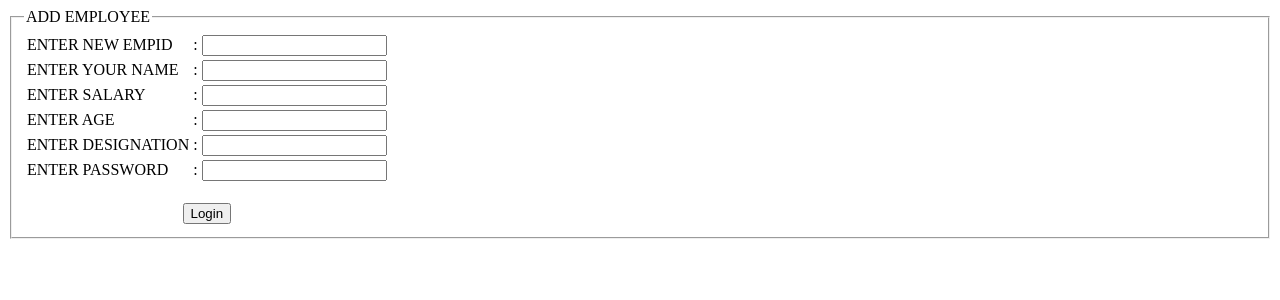
Repository: anishhegde14/TY_CG_HTD_BangaloreNovember_JFS_ANISHHEGDE
Page: ServletsandSprings/mywebapp/src/main/webapp/AddEmployee.html
The author's editor kept a copy of each file at every save. The page is drawn from the files as they stood at one save, then again after the next save.
The browser window is 1280 px wide. The pictures show the whole page.

Above is the page before, as saved 2019-12-17 11:00:14.

### ServletsandSprings/mywebapp/src/main/webapp/AddEmployee.html
<!DOCTYPE html>
<html>
<head>
<meta charset="ISO-8859-1">
<title>ADD EMPLOYEE</title>
</head>
<body>
	<fieldset>

		<legend>ADD EMPLOYEE</legend>
		<form action="./addEmployee" method="post">
			<table>


				<tr>

					<td>ENTER NEW EMPID</td>
					<td>:</td>
					<td><input type="number" name="empid" required></td>
				</tr>
				<tr>

					<td>ENTER YOUR NAME</td>
					<td>:</td>
					<td><input type="text" name="name" required></td>
				</tr>
				<tr>

					<td>ENTER SALARY</td>
					<td>:</td>
					<td><input type="number" name="salary" required></td>
				</tr>
				<tr>

					<td>ENTER AGE</td>
					<td>:</td>
					<td><input type="number" name="age" required></td>
				</tr>
				<tr>

					<td>ENTER DESIGNATION</td>
					<td>:</td>
					<td><input type="text" name="designation" required></td>
				</tr>
								<tr>
				<td>ENTER PASSWORD</td>
				<td>:</td>
				<td> <input type="password" name="password" required></td>
				</tr>

				<tr>

					<td colspan="3" align="center"><br> <input type="submit"
						value="Login"></td>
				</tr>
			</table>

		</form>

	</fieldset>
</body>
</html>

After the next save:
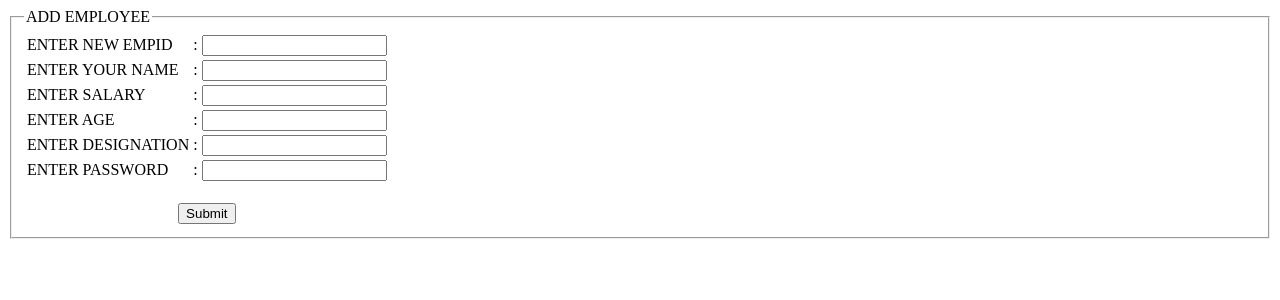
Saved 39 s later.
--- a/ServletsandSprings/mywebapp/src/main/webapp/AddEmployee.html
+++ b/ServletsandSprings/mywebapp/src/main/webapp/AddEmployee.html
@@ -51,7 +51,7 @@
 				<tr>
 
 					<td colspan="3" align="center"><br> <input type="submit"
-						value="Login"></td>
+						value="Submit"></td>
 				</tr>
 			</table>
 
